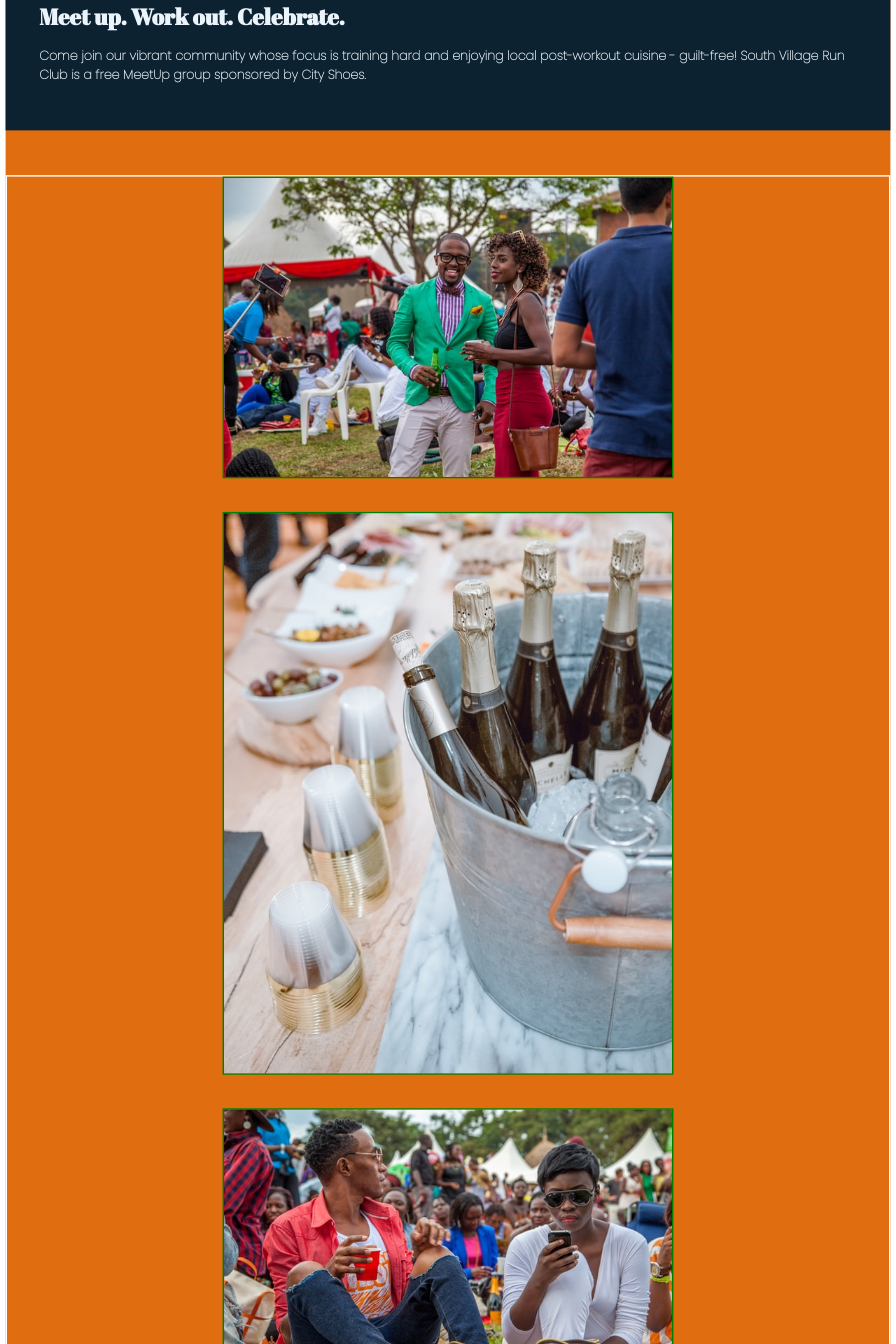
Repository: lastbronx41/lastbronx41.github.io
Page: starting/index.html
The author's editor kept a copy of each file at every save. The page is drawn from the files as they stood at one save, then again after a run of saves.
The browser window is 1280 px wide. The pictures show the part of the page from y = 1076 to 2996 px (the page is 3116 px tall before and 3100 px after), at 70% of full size.
Some web fonts or font styles are not loaded; a fallback is used.

Above is the page before, as saved 2022-07-19 05:06:52.

### starting/index.html
<!DOCTYPE html>

<html>
	<head>
		<meta charset="utf-8" />
		<title>Our Club</title>
		<link rel="stylesheet" href="./styles.css" type="text/css" />
		<link rel="preconnect" href="https://fonts.googleapis.com" />
		<link rel="preconnect" href="https://fonts.gstatic.com" crossorigin />
		<link
			href="https://fonts.googleapis.com/css2?family=Abril+Fatface&family=Slabo+13px&family=Space+Mono&display=swap"
			rel="stylesheet"
		/>
		<link rel="preconnect" href="https://fonts.googleapis.com" />
		<link rel="preconnect" href="https://fonts.gstatic.com" crossorigin />
		<link
			href="https://fonts.googleapis.com/css2?family=Abril+Fatface&family=Poppins:wght@100&family=Slabo+13px&family=Space+Mono&display=swap"
			rel="stylesheet"
		/>
	</head>

	<body>
		<div class="header">
			<div id="title">West End Club</div>
			<div>
				<ul class="links">
					<a href>
						<li class="nav">Events</li>
					</a>
					<a href>
						<li class="nav">Partners</li>
					</a>
					<a href>
						<li class="nav">About Us</li>
					</a>
				</ul>
			</div>
		</div>

		<div id="cover-photo">
			<img src="./resources/cover-photo.jpg" />
			<div class="main-text">
				<h1>Meet up. Work out. Celebrate.</h1>
				<p>
					Come join our vibrant community whose focus is training hard and
					enjoying local post-workout cuisine - guilt-free! South Village Run
					Club is a free MeetUp group sponsored by City Shoes.
				</p>
			</div>
			<div class="other-pics">
				<img src="./resources/1.jpg" />
				<img src="./resources/2.jpg" />
				<img src="./resources/3.jpg" />
			</div>
		</div>
	</body>
</html>

### starting/styles.css
.header {
   display: flex;
   justify-content: space-around;
   background-color: #E06D10;
   align-items: center;
   padding: 1rem
}

#title {
   font-size: 55px;
   font-family: 'Abril Fatface', cursive;
}

.links, .links a {
   display: inline-flex;
   flex-wrap: wrap;
   justify-content: flex-end;
   list-style-type: none;
   gap: 1rem;
   text-decoration-line: none;
}

.nav {
   font-size: 22px;
   font-family: 'Poppins', sans-serif;
   font-weight: bolder;
   border-radius: 34%;
   padding: 0.4rem 0.8rem;
   color: #EBF4FA;
}

.nav:hover {
   color: #E06D10;
   background-color: black;
}

#cover-photo {
   display: flex;
   flex-direction: column;
   background-color: #E06D10;
}

#cover-photo img {
   max-width: 100%;
}
.main-text {
   background-color: #0C2231;
   color: #EBF4FA;
   margin: 3rem auto;
   padding: 3rem 3rem 3rem 3rem;
}

.main-text h1 {
   font-family: 'Abril Fatface', cursive;
}

.main-text p {
   font-family: 'Poppins', sans-serif;
   font-size: 18px;
   font-weight: bolder;
}

.other-pics {
   display: flex;
   justify-content: center;
   flex-wrap: wrap;
   flex-direction: row;
   margin: 1rem auto;
   gap: 3rem;
   border: 2px solid white;
}

.other-pics img {
   max-width: 100%;
   border: 2px solid green;
}

After the next 2 saves:
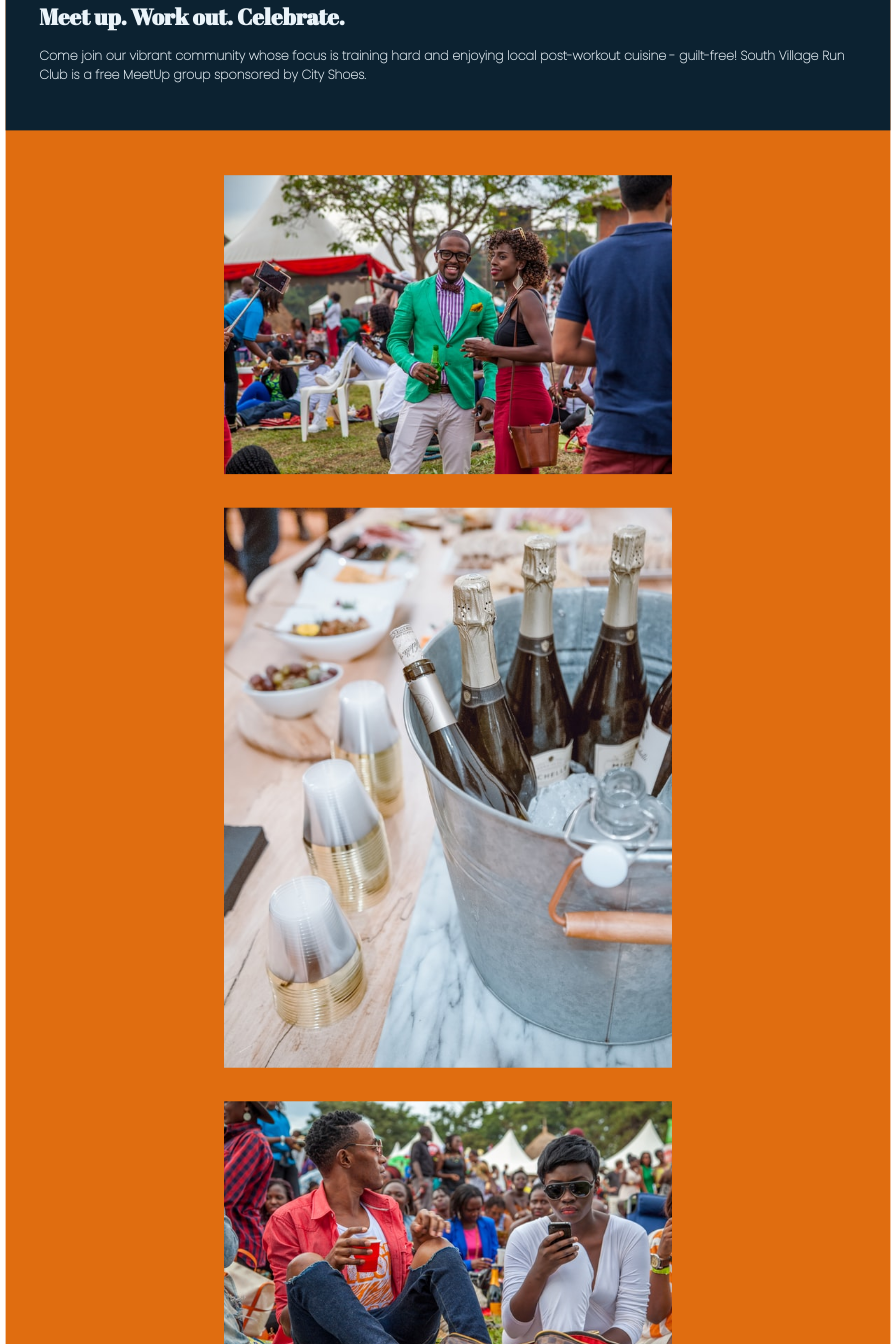
The 2 saves are shown as one change because they came seconds apart.
The last was saved 11 s later.
--- a/starting/styles.css
+++ b/starting/styles.css
@@ -67,10 +67,8 @@
    flex-direction: row;
    margin: 1rem auto;
    gap: 3rem;
-   border: 2px solid white;
 }
 
 .other-pics img {
    max-width: 100%;
-   border: 2px solid green;
 }
